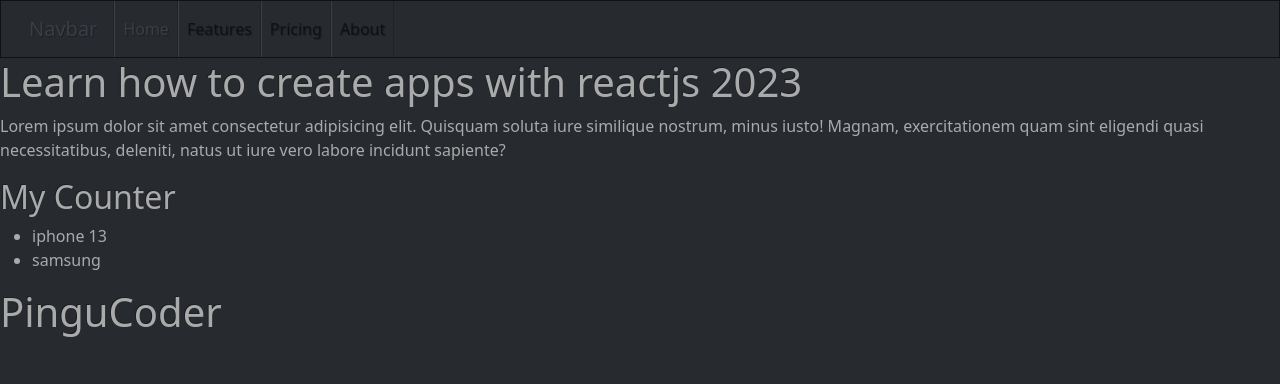
Repository: chanwarichawki/React-BC
Page: /
An editor plug-in stored every save of this project. The page is shown before and after a run of saves, followed by the edit.
The browser window is 1280 px wide. The pictures show the whole page.
Some web libraries are served in a nearby version. The project was rebuilt for these pictures with package versions that can differ from the ones it lists, and the page was loaded fresh each time. Also part of the build but not shown: vite.config.js.

Above is the page before, as saved 2024-01-15 15:26:56.

After the next 5 saves:
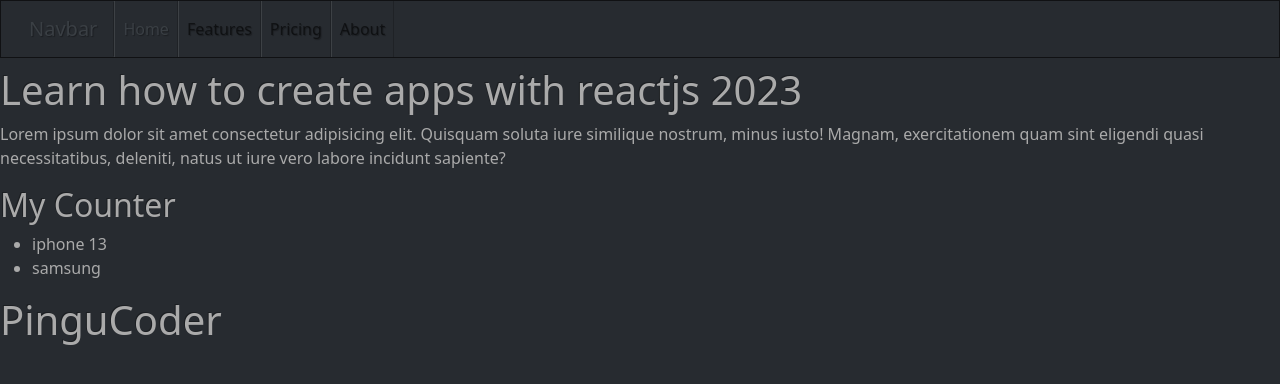
The 5 saves are shown as one change because they came seconds apart.
The last was saved 4 min 22 s later.
--- a/src/components/Products.jsx
+++ b/src/components/Products.jsx
@@ -18,6 +18,7 @@ function Products() {
   ]
   return (
     <div>
+      <h1 id=""></h1>
       <h1>{title}</h1>
       <p>Lorem ipsum dolor sit amet consectetur adipisicing elit. Quisquam soluta iure similique nostrum, minus iusto! Magnam, exercitationem quam sint eligendi quasi necessitatibus, deleniti, natus ut iure vero labore incidunt sapiente?</p>
 
